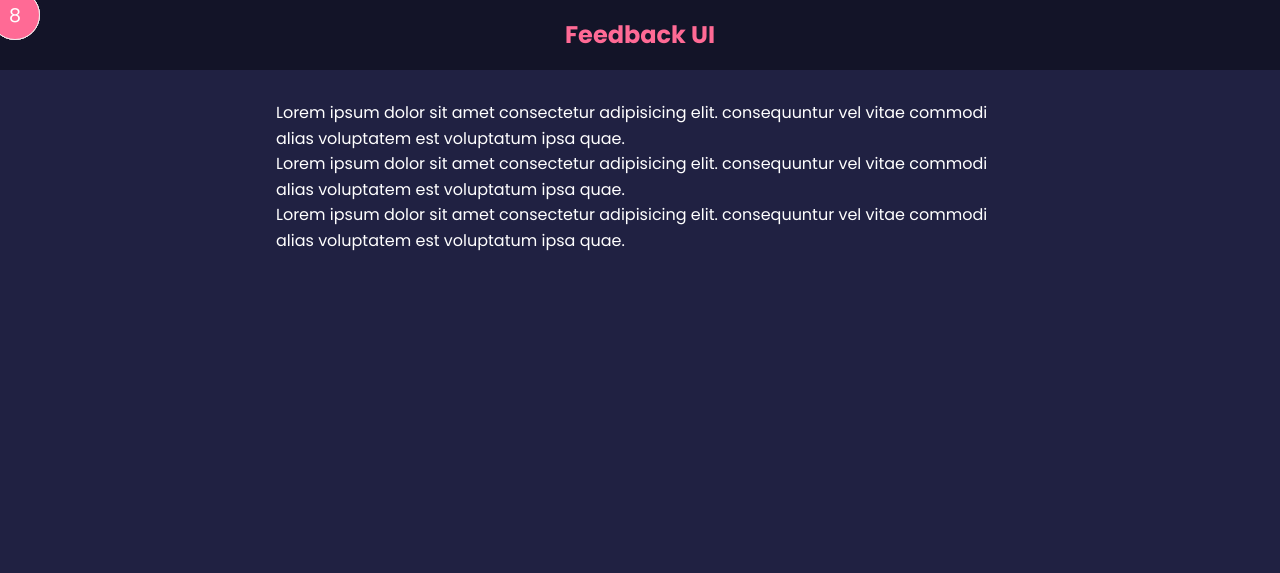
Repository: Lithium87/feedback-app
Page: / (app in client/)
An editor plug-in stored every save of this project. The page is shown before and after the next save, followed by the edit.
The browser window is 1280 px wide. The pictures show the whole page.
The project was rebuilt for these pictures with package versions that can differ from the ones it lists, and the page was loaded fresh each time.

Above is the page before, as saved 2022-05-25 21:59:05.

### client/src/index.css
@import url('https://fonts.googleapis.com/css2?family=Poppins:wght@400;600;700&display=swap');
* {
    box-sizing: border-box;
    margin: 0;
    padding: 0;
}

body {
    font-family: 'Poppins', sans-serif;
    background-color: #202142;
    color: #fff;
    line-height: 1.6;
}

ul {
    list-style: none;
}

.container {
    max-width: 768px;
    margin: auto;
    padding: 0 20px;
}

header {
    height: 70px;
    width: 100%;
    display: flex;
    justify-content: space-between;
    align-items: center;
    margin-bottom: 30px;
}

.card {
    background-color: #fff;
    color: #333;
    border-radius: 15px;
    padding: 40px 50px;
    margin: 20px 0;
    position: relative;
}

.card.reverse {
    background-color: rgba(0, 0, 0, 0.4);
    color: #fff;
}

.card h2 {
    font-size: 22px;
    font-weight: 600;
    text-align: center;
}

.rating {
    display: flex;
    align-items: center;
    justify-content: space-around;
    margin: 30px 0 40px;
}

.rating li,
.num-display {
    position: relative;
    background: #f4f4f4;
    width: 50px;
    height: 50px;
    padding: 10px;
    text-align: center;
    border-radius: 50%;
    font-size: 19px;
    border: 1px #eee solid;
    transition: 0.3s;
}

.rating li label {
    position: absolute;
    top: 50%;
    left: 50%;
    width: 50px;
    height: 50px;
    padding: 10px;
    border-radius: 50%;
    transform: translate(-50%, -50%);
    cursor: pointer;
}

.rating li:hover,
.num-display {
    background: #ff6a95;
    color: #fff;
}

[type='radio'] {
    opacity: 0;
}

[type='radio']:checked~label {
    background: #ff6a95;
    color: #fff;
}

.input-group {
    display: flex;
    flex-direction: row;
    border: 1px solid #ccc;
    padding: 8px 10px;
    border-radius: 8px;
}

input {
    flex-grow: 2;
    border: none;
    font-size: 16px;
}

input:focus {
    outline: none;
}

.feedback-stats {
    color: #fff;
    display: flex;
    justify-content: space-between;
    align-items: center;
}

.num-display {
    position: absolute;
    top: -10px;
    left: -10px;
}

.close,
.edit {
    position: absolute;
    top: 10px;
    right: 20px;
    cursor: pointer;
    background: none;
    border: none;
}

.edit {
    right: 40px;
}

.btn {
    color: #fff;
    border: 0;
    border-radius: 8px;
    color: #fff;
    width: 100px;
    height: 40px;
    cursor: pointer;
}

.btn-primary {
    background-color: #202142;
}

.btn-secondary {
    background: #ff6a95;
}

.btn:hover {
    transform: scale(0.98);
    opacity: 0.9;
}

.btn:disabled {
    background-color: #cccccc;
    color: #333;
    cursor: auto;
}

.btn:disabled:hover {
    transform: scale(1);
    opacity: 1;
}

.message {
    padding-top: 10px;
    text-align: center;
    color: rebeccapurple;
}


/* FIX: Remove position: absolute to keep about icon at the bottom of the
 * document */

.about-link {
    display: flex;
    justify-content: flex-end;
}


/* FIX: Remove position: absolute to keep about icon at the bottom of the
 * document */

.about-link a {
    color: #fff;
    cursor: pointer;
}

.about-link a:hover {
    color: #ff6a95;
}

.about h1 {
    margin-bottom: 20px;
}

.about p {
    margin: 10px 0;
}

@media (max-width: 600px) {
    .rating li {
        margin: 10px 3px;
    }
    .rating {
        display: flex;
        align-items: center;
        justify-content: center;
        flex-wrap: wrap;
        margin: 30px 0 40px;
    }
    .input-group input {
        width: 80%;
    }
}

### client/src/App.js
import React, {useState} from 'react';
import Header from './components/Header';
import FeedbackList from './components/FeedbackList';
import FeedbackData from './data/FeedbackData';

const App = () => {
  const [feedback, setFeedback] = useState (FeedbackData);

  return (
    <React.Fragment>
      <Header />
      <div className="container">
        <FeedbackList feedback={feedback} />
      </div>
    </React.Fragment>
  );
};

export default App;

### client/src/components/Header.js
import React from 'react';
import PropTypes from 'prop-types';

const Header = ({text, bgColor, textColor}) => {
  const headerStyles = {
    backgroundColor: bgColor,
    color: textColor,
  };

  return (
    <header style={headerStyles}>
      <div className="container">
        <h2>{text}</h2>
      </div>
    </header>
  );
};

Header.defaultProps = {
  text: 'Feedback UI',
  bgColor: 'rgba(0, 0, 0, 0.4)',
  textColor: '#ff6a95',
};

Header.propTypes = {
  text: PropTypes.string,
  bgColor: PropTypes.string,
  textColor: PropTypes.string,
};

export default Header;

### client/src/components/FeedbackList.js
import React from 'react';
import FeedbackItem from './FeedbackItem';

const FeedbackList = ({feedback}) => {
  if (!feedback || feedback.length === 0) {
    return <p>No feedback Yet</p>;
  }

  return (
    <div className="feedback-list">
      {feedback.map (item => <FeedbackItem key={item.id} item={item} />)}
    </div>
  );
};

export default FeedbackList;

### client/src/components/FeedbackItem.js
import React from 'react';
import Card from './shared/Card';

const FeedbackItem = ({item}) => {
  return (
    <Card>
      <div className="num-display">{item.rating}</div>
      <div className="text-display">
        {item.text}
      </div>
    </Card>
  );
};

export default FeedbackItem;

### client/src/components/shared/Card.js
import React from 'react';

const Card = ({children}) => {
  return <div>{children}</div>;
};

export default Card;

Loaded but not shown: client/public/index.html (common file); client/src/index.js (common file); client/src/reportWebVitals.js (common file); client/src/data/FeedbackData.js (common file)

After the next save:
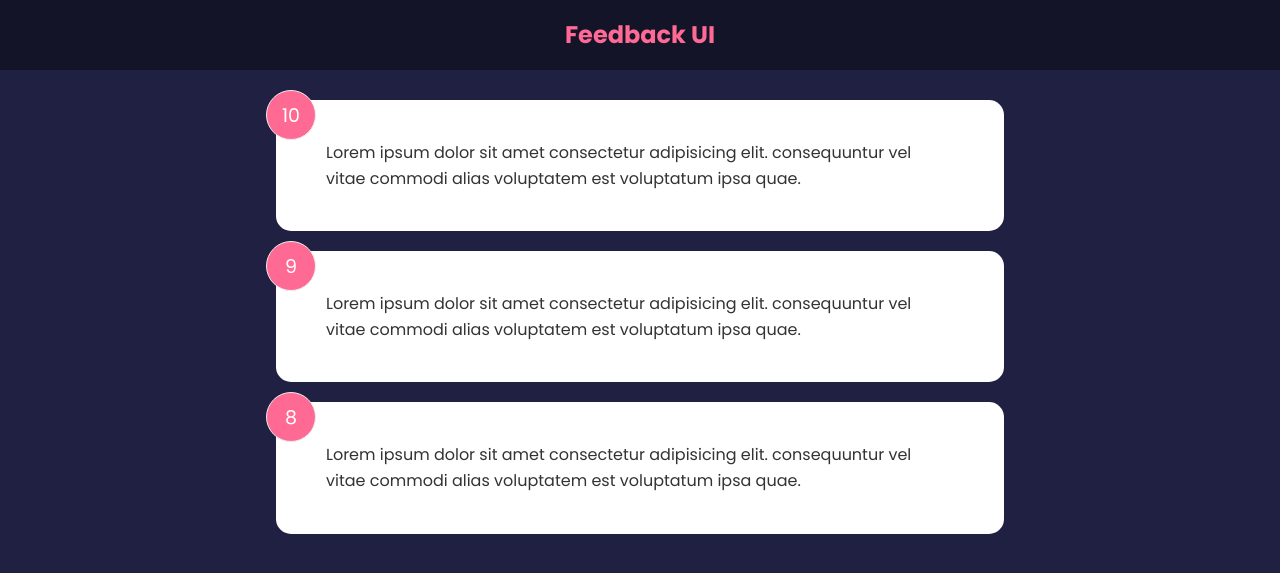
Saved 75 s later.
--- a/client/src/components/shared/Card.js
+++ b/client/src/components/shared/Card.js
@@ -1,7 +1,11 @@
 import React from 'react';
 
 const Card = ({children}) => {
-  return <div>{children}</div>;
+  return (
+    <div className="card">
+      {children}
+    </div>
+  );
 };
 
 export default Card;
